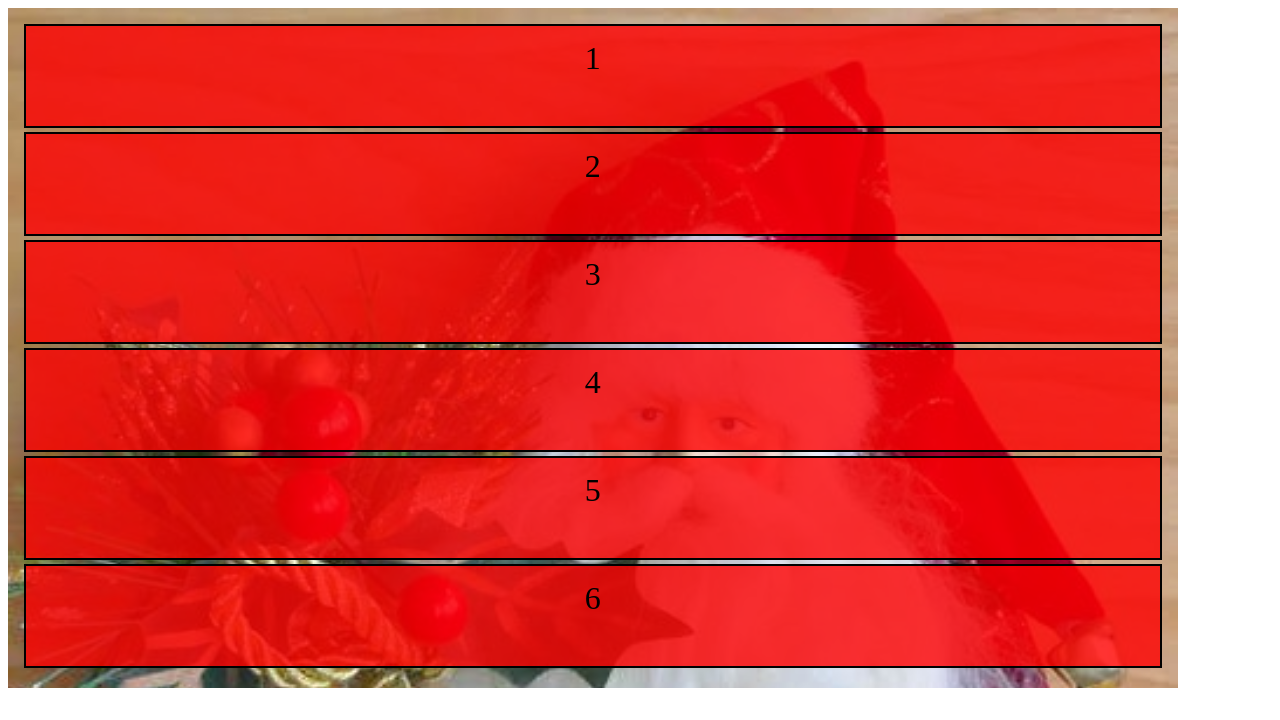
Repository: hindrik40/julprogram-js
Page: advent.html
An editor plug-in stored every save of this project. The page is shown before and after the next save, followed by the edit.
The browser window is 1280 px wide. The pictures show the whole page.

Above is the page before, as saved 2021-12-14 10:12:12.

After the next save:
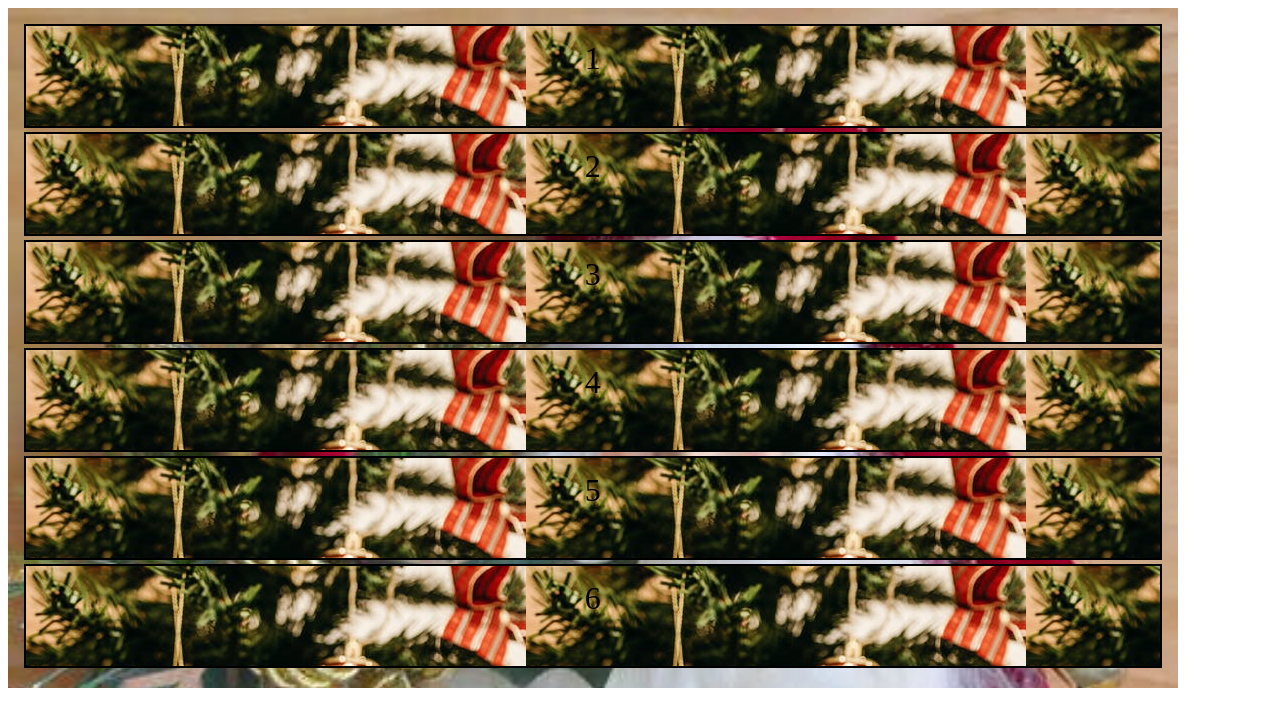
Saved 48 s later.
--- a/advent.css
+++ b/advent.css
@@ -19,5 +19,6 @@ main div{
     vertical-align: middle;
     line-height: 4rem;
     cursor: pointer;
+    background-image: url(images/jul5.jpeg);
 
 }
